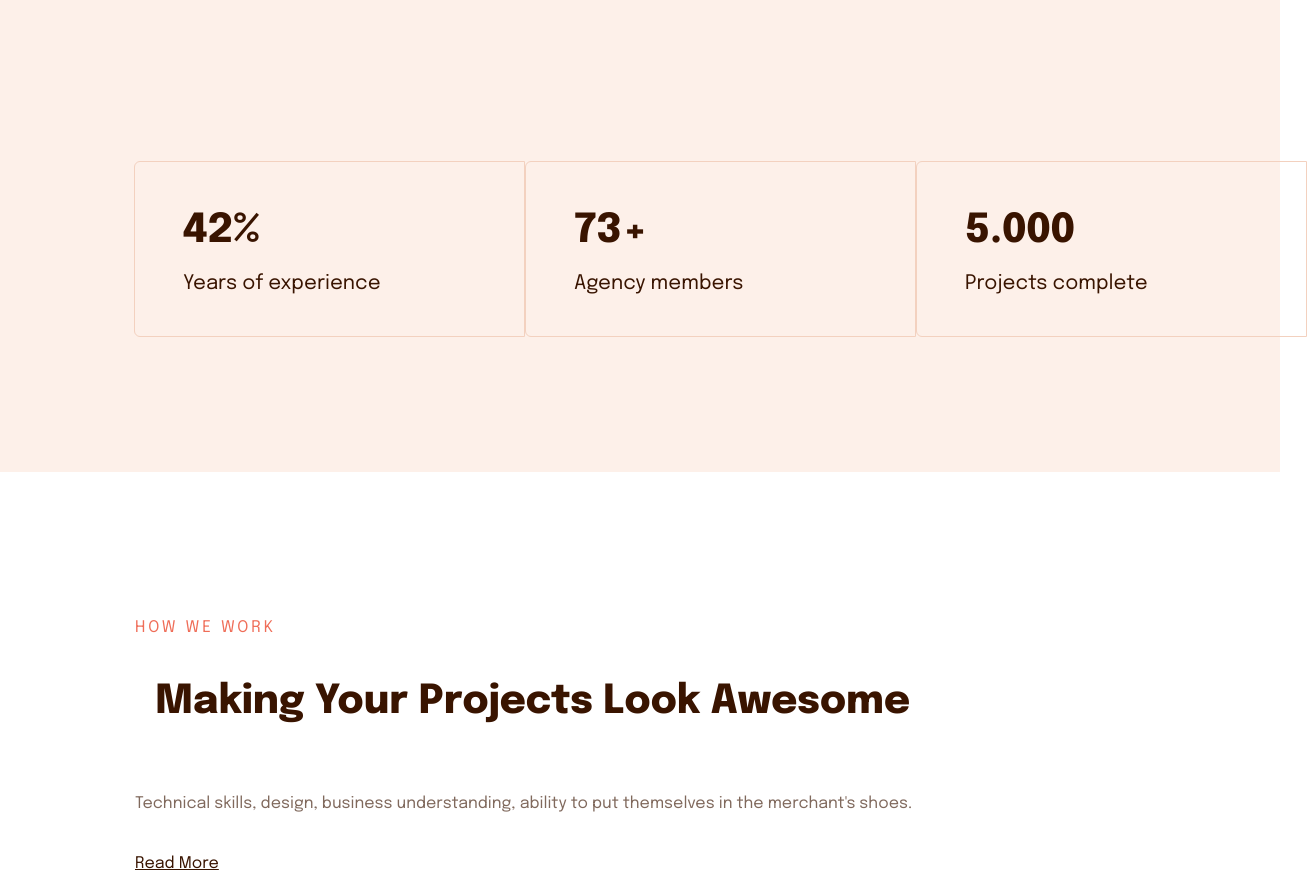
Repository: MehdiKerimov/Figma-task-7
Page: index.html
These files come from the project's save history. The page is drawn as it stood at one moment and after the next save; the edit follows.
The browser window is 1280 px wide. The page is 1307 px wide, then 1280 px, then 1307 px, so the pictures cover 1307 px, including what lies to the right of the window. The pictures show the whole page.

Above is the page before, as saved 2023-08-30 11:58:20.

After the next save:
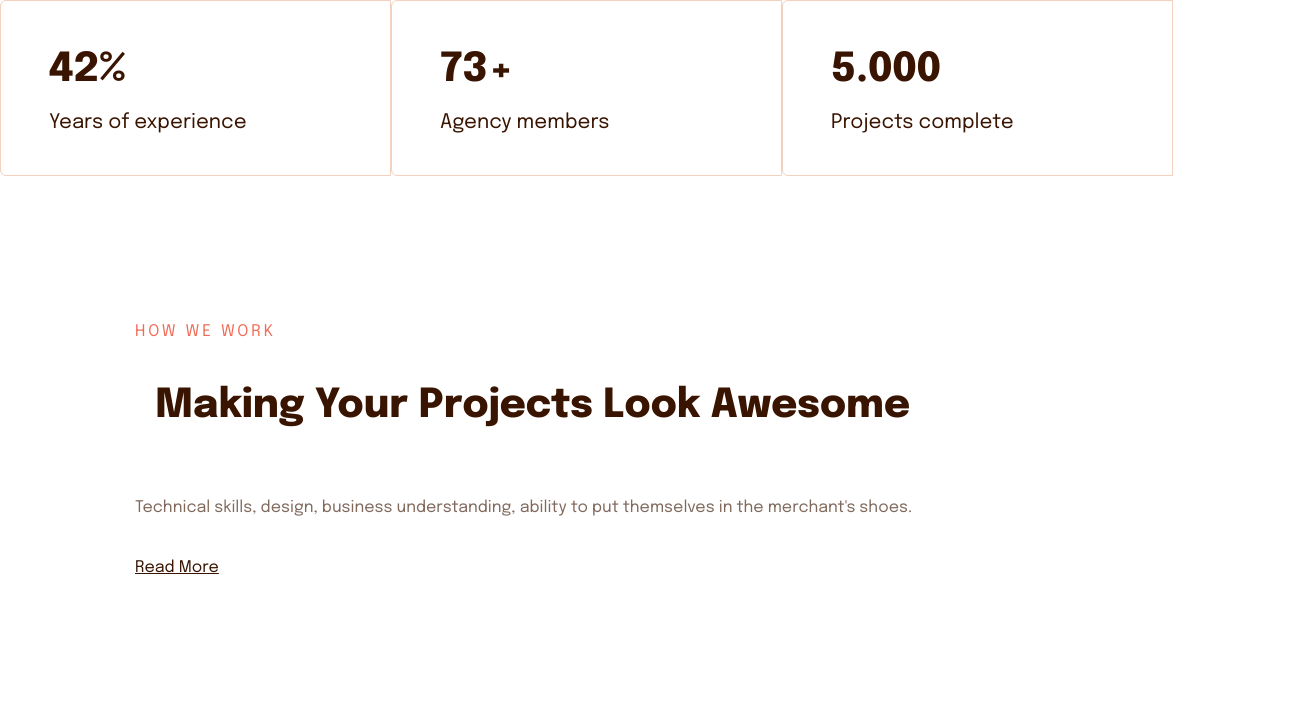
Saved 9 s later.
--- a/index.html
+++ b/index.html
@@ -9,7 +9,7 @@
 </head>
 
 <body>
-    <div class="container">
+    <div class="container-1">
         <ul>
             <div class="box-1">
                 <li>

After the save that followed:
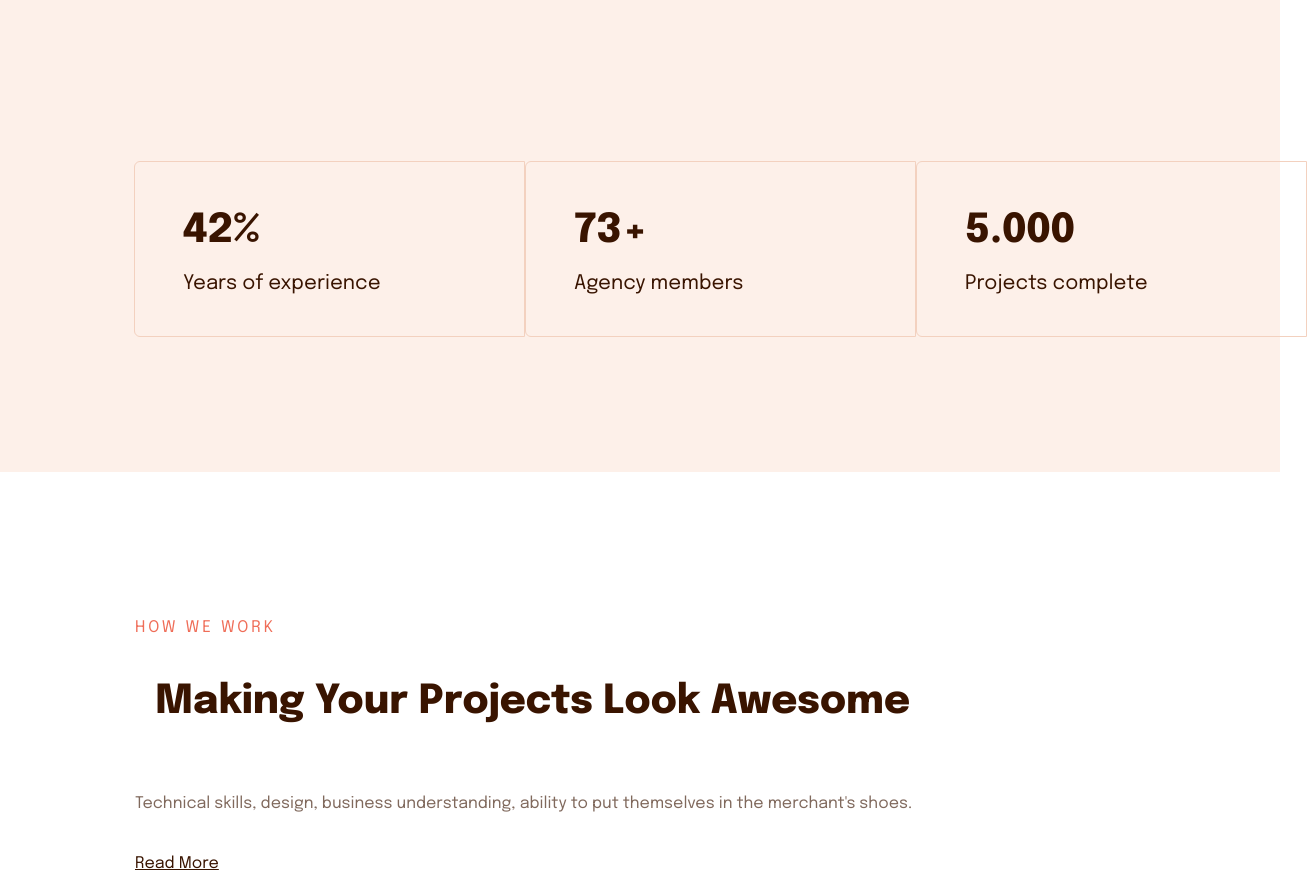
Saved 4 s later.
--- a/index.css
+++ b/index.css
@@ -4,7 +4,7 @@
   margin: 0;
   box-sizing: border-box;
 }
-.container {
+.container-1 {
   display: flex;
   padding: 161px 134px 135px 134px;
   background: #FDF0E9;
